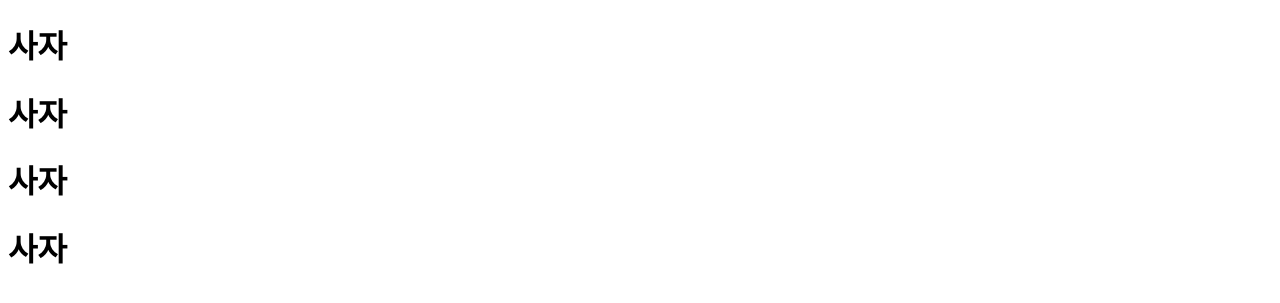
Repository: soobin10236/Class
Page: Web02/src/main/webapp/index.html
An editor plug-in stored every save of this project. The page is shown before and after the next save, followed by the edit.
The browser window is 1280 px wide. The pictures show the whole page.

Above is the page before, as saved 2021-09-06 04:39:38.

### Web02/src/main/webapp/index.html
<!DOCTYPE html>
<html>
<head>
<meta charset="EUC-KR">
<title>Insert title here</title>
</head>
<body>
	<h1>사자</h1>
	<h1>사자</h1>
	<h1>사자</h1>
	<h1>사자</h1>
</body>
</html>

After the next save:
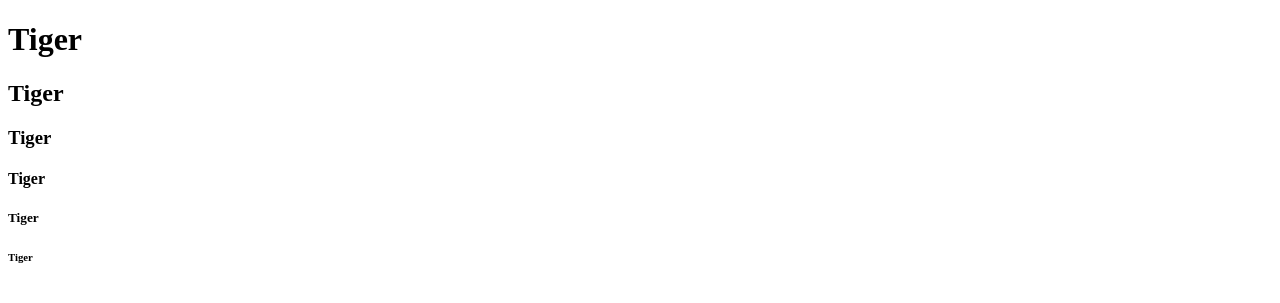
Saved 9 min 41 s later.
--- a/Web02/src/main/webapp/index.html
+++ b/Web02/src/main/webapp/index.html
@@ -5,9 +5,11 @@
 <title>Insert title here</title>
 </head>
 <body>
-	<h1>사자</h1>
-	<h1>사자</h1>
-	<h1>사자</h1>
-	<h1>사자</h1>
+	<h1>Tiger</h1>
+	<h2>Tiger</h2>
+	<h3>Tiger</h3>
+	<h4>Tiger</h4>
+	<h5>Tiger</h5>
+	<h6>Tiger</h6>
 </body>
 </html>
